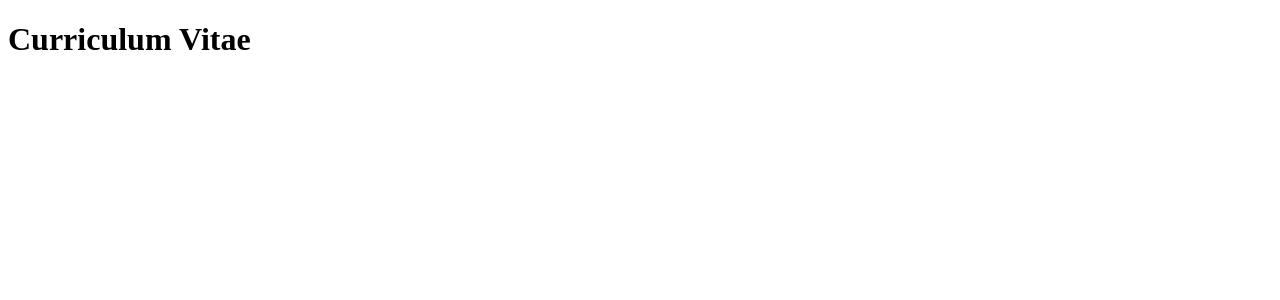
Repository: cronopi/django
Page: Training-Python-Django-0 1/ex01/cv.html
The author's editor kept a copy of each file at every save. The page is drawn from the files as they stood at one save, then again after the next save.
The browser window is 1280 px wide. The pictures show the whole page.

Above is the page before, as saved 2026-03-10 11:45:56.

### Training-Python-Django-0 1/ex01/cv.html
<!DOCTYPE html>
<html>

<head>
	<title>Curriculum Vitae</title>
</head>

<body>
	<h1>Curriculum Vitae</h1>
</body>

</html>

After the next save:
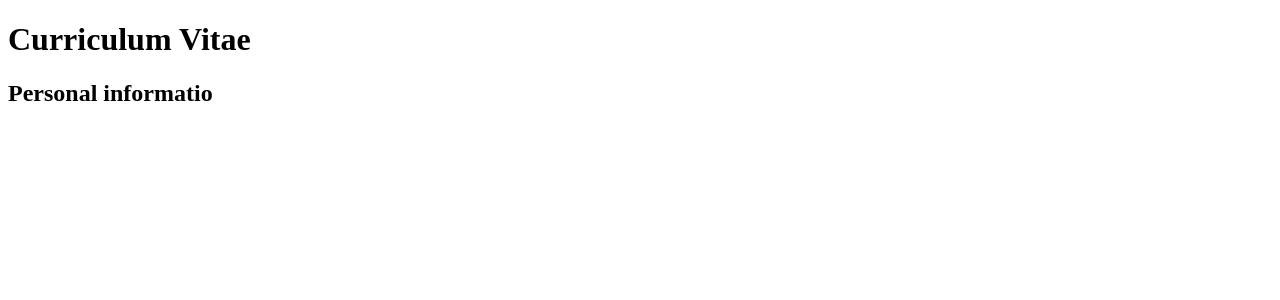
Saved 3 min 52 s later.
--- a/Training-Python-Django-0 1/ex01/cv.html
+++ b/Training-Python-Django-0 1/ex01/cv.html
@@ -7,6 +7,7 @@
 
 <body>
 	<h1>Curriculum Vitae</h1>
+	<h2>Personal informatio</h2>
 </body>
 
 </html>
